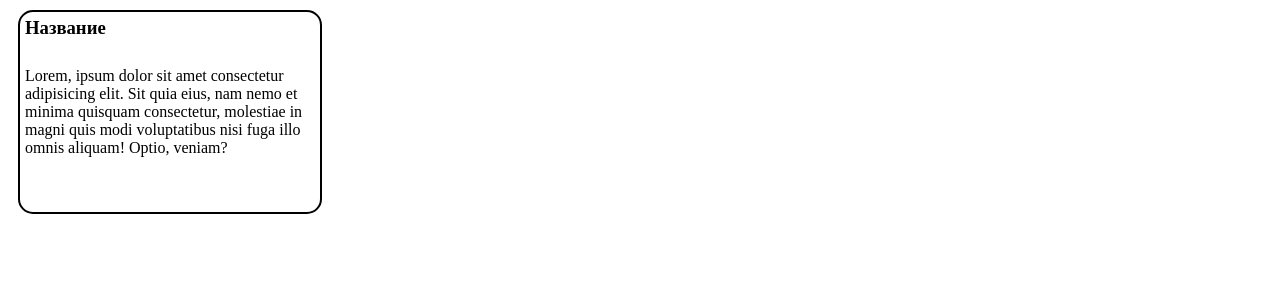
Repository: MaratLK/PLKFrontend
Page: Templates/NewsForIndex.html
These files come from the project's save history. The page is drawn as it stood at one moment and after the next save; the edit follows.
The browser window is 1280 px wide. The pictures show the whole page.

Above is the page before, as saved 2024-08-25 06:18:16.

After the next save:
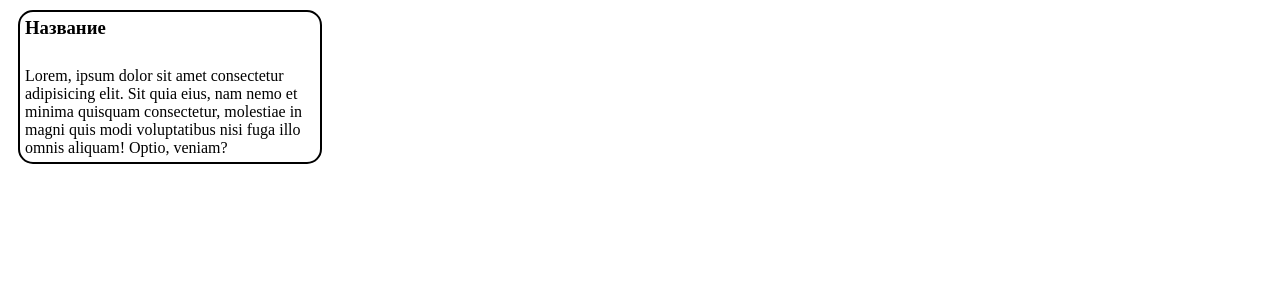
Saved 45 s later.
--- a/Templates/NewsForIndex.html
+++ b/Templates/NewsForIndex.html
@@ -6,7 +6,7 @@
     <title>Document</title>
     <style>
         .newsblk{
-            height: 200px;
+            height: auto;
             width: 300px;
             margin: 10px;
             border-radius: 15px;
